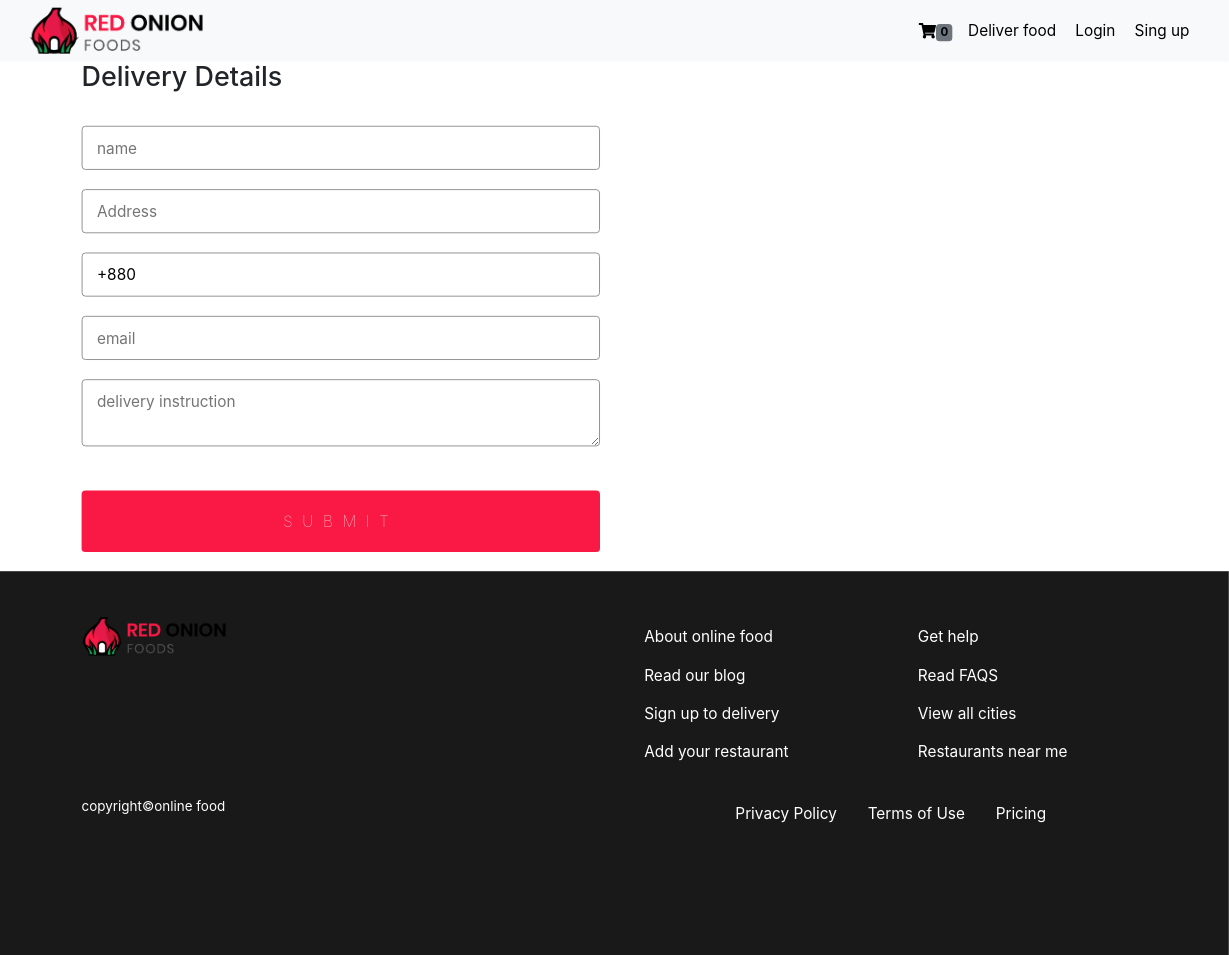
Repository: arif286/red-onion-client
Page: /cart
The author's editor kept a copy of each file at every save. The page is drawn from the files as they stood at one save, then again after the next save.
The browser window is 1280 px wide. The pictures show the whole page, at 96% of full size.
The project was rebuilt for these pictures with package versions that can differ from the ones it lists, and the page was loaded fresh each time. Some packages were replaced by stand-ins written for this rebuild. Also part of the build but not shown: src/App.css, src/components/SearchBar/SearchBar.css, src/components/SearchBar/SearchBar.js, src/components/FoodDetails/FoodDetail.css, src/components/FoodDetails/FoodDetail.js, src/components/DeliveryFood/DeliveryFood.js, src/components/Food/Food.css, src/components/Food/FoodItem.js and 9 more.

Above is the page before, as saved 2021-03-30 16:39:22.

After the next save:
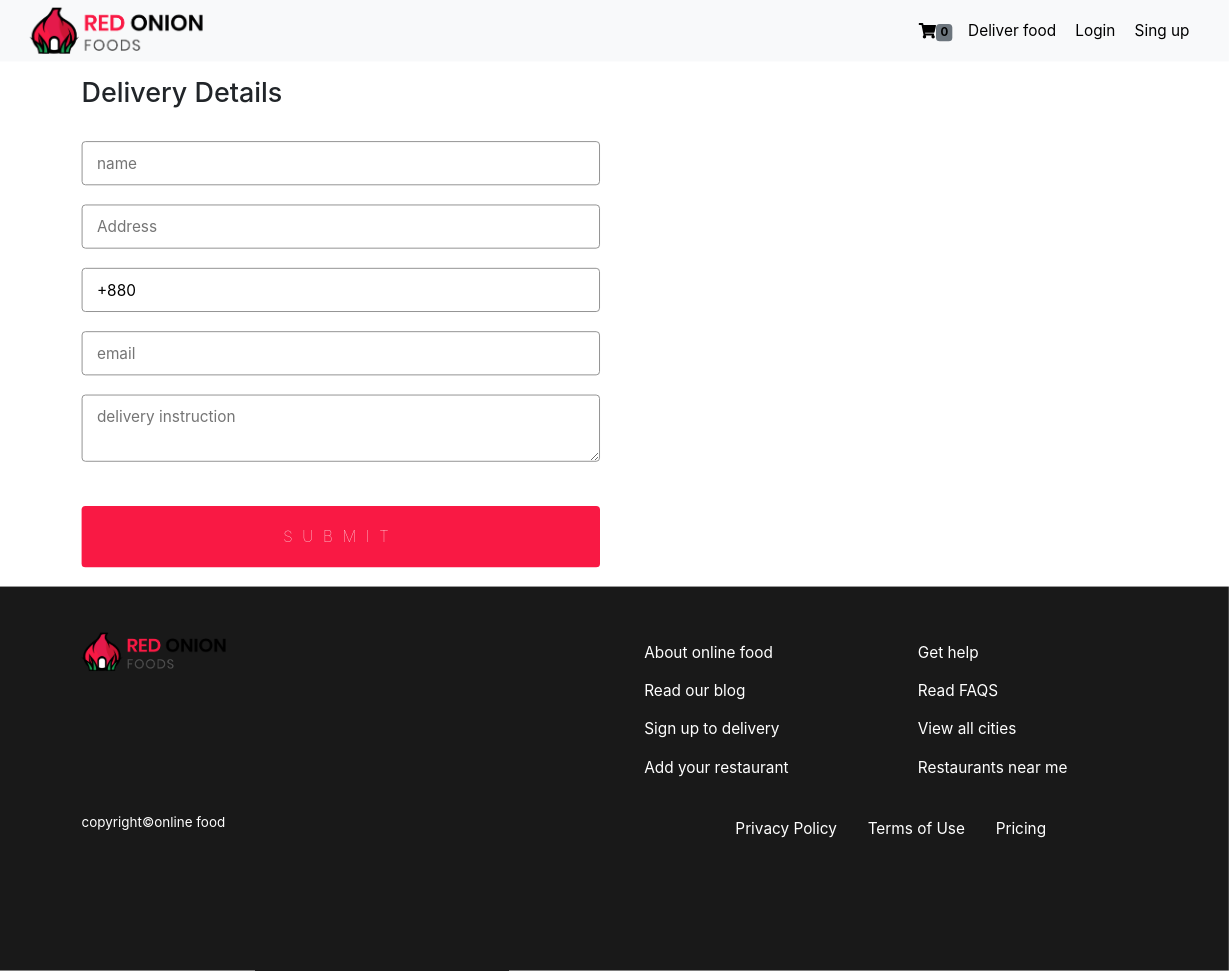
Saved 67 s later.
--- a/src/components/Cart/Cart.js
+++ b/src/components/Cart/Cart.js
@@ -15,7 +15,7 @@ const Cart = () => {
       <div className="container">
         <div className="row justify-content-between">
           <div className="col-md-6 col-sm-12">
-            <h3>Delivery Details</h3>
+            <h3 className='mt-3'>Delivery Details</h3>
             <form className="delivery-form" onSubmit={handleSubmit(onSubmit)}>
               <input
                 type="text"
